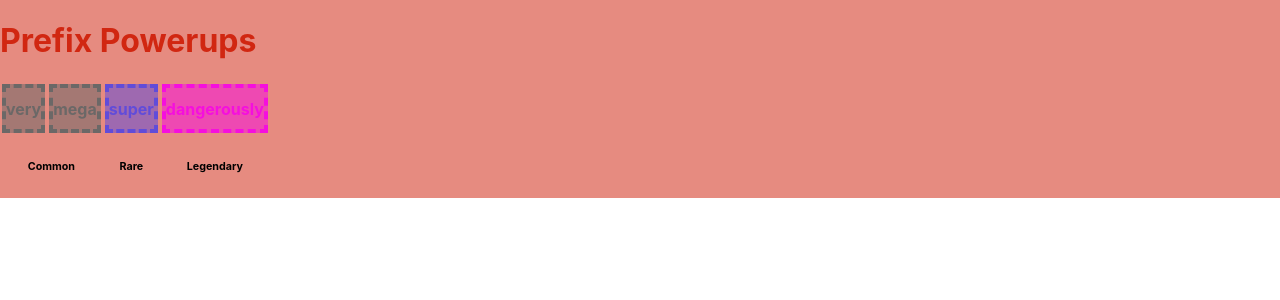
Repository: bsalgado98/buns-inator
Page: /
The author's editor kept a copy of each file at every save. The page is drawn from the files as they stood at one save, then again after the next save.
The browser window is 1280 px wide. The pictures show the whole page.
The project was rebuilt for these pictures with package versions that can differ from the ones it lists, and the page was loaded fresh each time.

Above is the page before, as saved 2022-04-25 22:33:25.

### src/index.css
body {
    margin: 0;
    padding: 0;
    font-family: -apple-system, BlinkMacSystemFont, 'Segoe UI', 'Roboto', 'Oxygen',
        'Ubuntu', 'Cantarell', 'Fira Sans', 'Droid Sans', 'Helvetica Neue',
        sans-serif;
    -webkit-font-smoothing: antialiased;
    -moz-osx-font-smoothing: grayscale;
}

code {
    font-family: source-code-pro, Menlo, Monaco, Consolas, 'Courier New', monospace;
}

### src/App.js
import './App.css';
import WordBank from './components/WordBank/WordBank'

function App() {
    const wordList = {
        prefixPowerups: [
            {
                sectionTitle: "Common",
                words: ['very', 'mega'],
                color: "#6b6867"
            },
            {
                sectionTitle: "Rare",
                words: ['super'],
                color: "#614cd9"
            },
            {
                sectionTitle: "Legendary",
                words: ['dangerously'],
                color: "#f50fde"
            }
        ]
    }

    return (
        <div className="App">
            <WordBank bankTitle='Prefix Powerups' color="#d12711" wordCollection={wordList.prefixPowerups}/>
        </div>
    );
}

export default App;

### src/components/WordBank/WordBank.js
import createWordSection from "../../utility/wordSection"

const WordBank = ({ bankTitle = "N/A", color = "#000000", wordCollection = [] }) => {
    const styles = {
        container: {
            style: {
                backgroundColor: `${color}88`,
                display: 'flex',
                flexDirection: 'column'
            }
        },
        title: {
            style: {
                color: color
            },
            container: {
                style: {
                    display: 'flex',
                    width: '100%'
                }
            }
        },
        collectionArea: {
            style: {
                display: 'flex'
            },
            section: {
                style: {
                    display: 'flex',
                    flexDirection: 'column'
                },
                wordArea: {
                    style: {
                        display: 'flex'
                    }
                }
            }
        }
    }
    return (
        <div style={styles.container.style}>
            <div style={styles.title.container.style}>
                <h1 style={styles.title.style}>{bankTitle}</h1>
            </div>
            <div style={styles.collectionArea.style}>
                {wordCollection.map((section, i) => {
                    console.log(section.sectionTitle)
                    return (
                        <div key={`section-${i}`} style={styles.collectionArea.section.style}>
                            <div style={styles.collectionArea.section.wordArea.style}>
                                {createWordSection(section.words, section.color)}
                            </div>
                            <h6>{section.sectionTitle}</h6>
                        </div>
                    )
                })}
            </div>
        </div>
    )
}

export default WordBank

### src/utility/wordSection.js
import WordCard from "../components/WordCard/WordCard";

function createWordSection(words, wordColor) {
    return words.map((word, i) => <WordCard key={`word-${i}`} text={word} color={wordColor} />)
}

export default createWordSection

### src/components/WordCard/WordCard.js
const WordCard = ({ text = "N/A", color = "#000000" }) => {
    const styles = {
        container: {
            style: {
                background: `${color}88`,
                display: 'flex',
                border: `4px dashed ${color}`,
                margin: '2px'
            }
        },
        text: {
            style: {
                color: color,
                fontSize: '16px'
            }
        }
    }
    return (
        <div style={styles.container.style}>
            <h1 style={styles.text.style}>{text}</h1>
        </div>
    )
}

export default WordCard

Loaded but not shown: public/index.html (common file); src/index.js (common file); src/reportWebVitals.js (common file); src/App.css (common file)

After the next save:
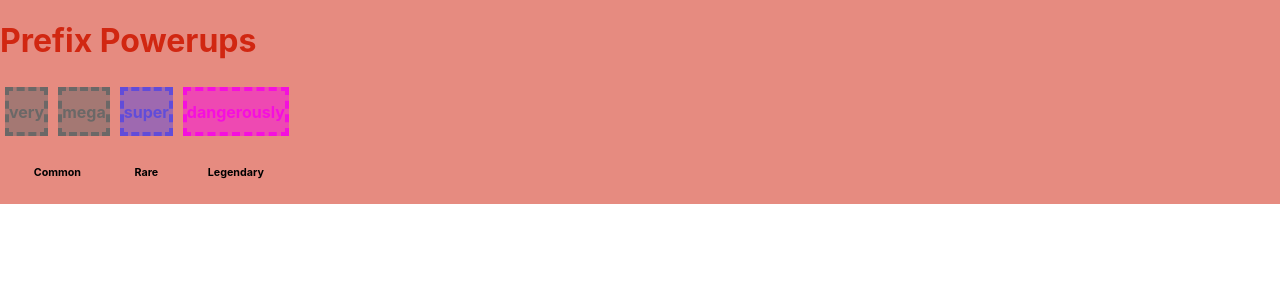
Saved 4 s later.
--- a/src/components/WordCard/WordCard.js
+++ b/src/components/WordCard/WordCard.js
@@ -5,7 +5,7 @@ const WordCard = ({ text = "N/A", color = "#000000" }) => {
                 background: `${color}88`,
                 display: 'flex',
                 border: `4px dashed ${color}`,
-                margin: '2px'
+                margin: '5px'
             }
         },
         text: {
